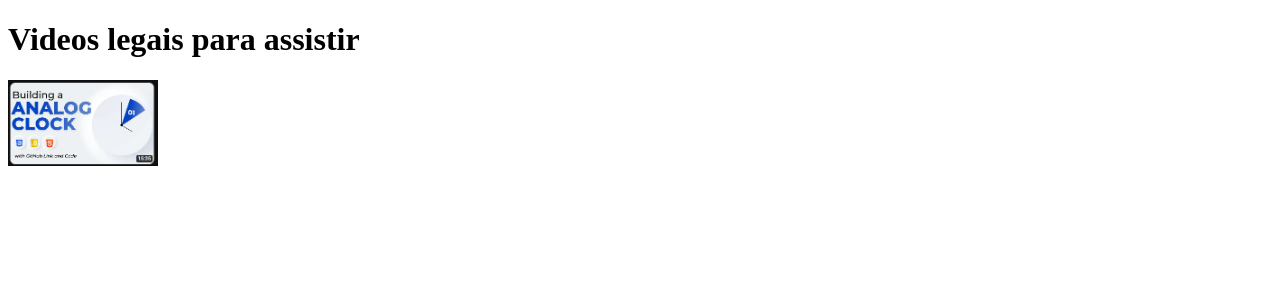
Repository: GabrielTrevisanMargrander/Html-Css
Page: Exercicios/ex012/desafio/index.html
The author's editor kept a copy of each file at every save. The page is drawn from the files as they stood at one save, then again after the next save.
The browser window is 1280 px wide. The pictures show the whole page.

Above is the page before, as saved 2023-05-31 20:30:42.

### Exercicios/ex012/desafio/index.html
<!DOCTYPE html>
<html lang="pt-bt">
<head>
    <meta charset="UTF-8">
    <meta http-equiv="X-UA-Compatible" content="IE=edge">
    <meta name="viewport" content="width=device-width, initial-scale=1.0">
    <title>Meus Videos</title>
</head>
<body>

    <h1>Videos legais para assistir
    </h1>

<a href="autor.html" target="_blank"> <img src="iamgens/imagem1.png" alt="nem sei" width="150px"> </a>
<a href=></a>
<a href=></a>
<a href=></a>



</body>
</html>

After the next save:
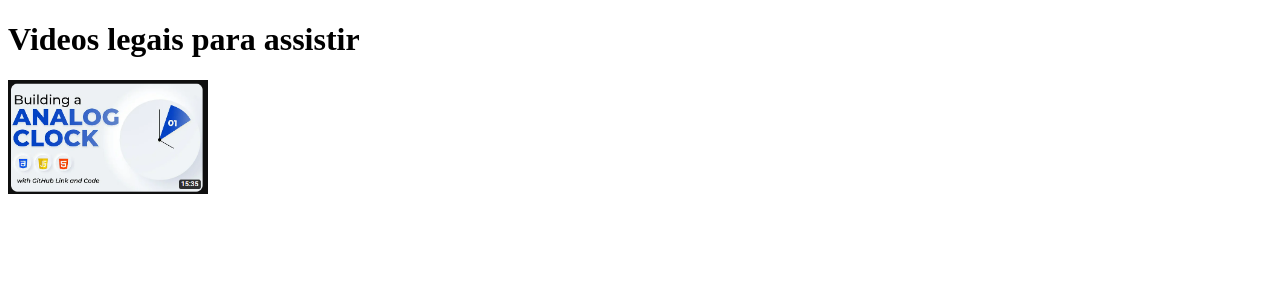
Saved 5 s later.
--- a/Exercicios/ex012/desafio/index.html
+++ b/Exercicios/ex012/desafio/index.html
@@ -11,7 +11,7 @@
     <h1>Videos legais para assistir
     </h1>
 
-<a href="autor.html" target="_blank"> <img src="iamgens/imagem1.png" alt="nem sei" width="150px"> </a>
+<a href="autor.html" target="_blank"> <img src="iamgens/imagem1.png" alt="nem sei" width="200px"> </a>
 <a href=></a>
 <a href=></a>
 <a href=></a>
